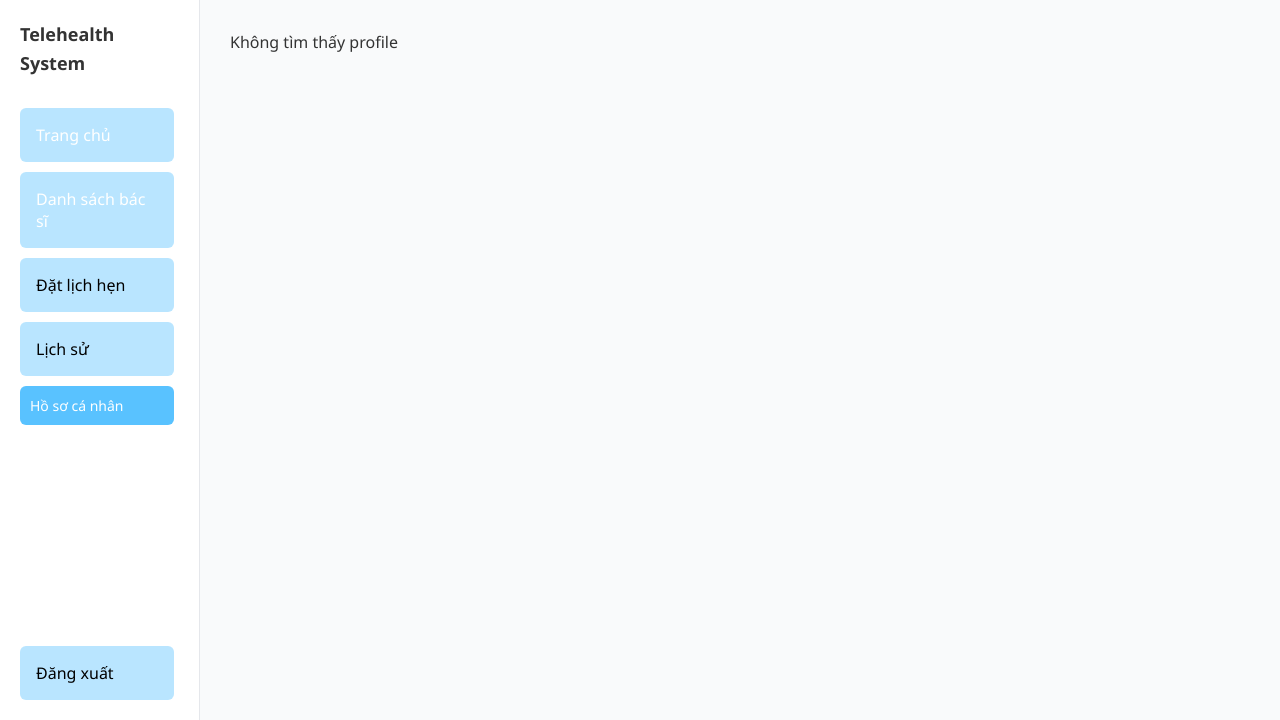
Repository: hhnhan98/telehealth-v2
Page: /patient/profile (app in frontend/client/)
An editor plug-in stored every save of this project. The page is shown before and after a run of saves, followed by the edit.
The browser window is 1280 px wide. The pictures show the whole page.
The page's requests for data from a server got no answer. The project was rebuilt for these pictures with package versions that can differ from the ones it lists, and the page was loaded fresh each time. No one was signed in, and anything a server would have sent is missing. Also part of the build but not shown: frontend/client/src/utils/axiosInstance.js, frontend/client/src/pages/admin/AdminDashboard.jsx, frontend/client/src/pages/auth/AuthPage.css, frontend/client/src/utils/apiHelpers.js, frontend/client/src/services/authService.js, frontend/client/src/pages/auth/LoginPage.jsx, frontend/client/src/pages/auth/RegisterPage.jsx, frontend/client/src/services/userService.js and 18 more. Imported but missing from the stored project, and not drawn on this page: frontend/client/src/components/ui/Button, frontend/client/src/components/ui/Card, frontend/client/src/pages/patient/PatientDashboard.

Above is the page before, as saved 2025-08-22 10:16:29.

### frontend/client/src/index.jsx
// src/index.jsx
import React from 'react';
import ReactDOM from 'react-dom/client';
import { BrowserRouter } from 'react-router-dom';
import App from './App';
// import './styles/global.css';

ReactDOM.createRoot(document.getElementById('root')).render(
  <React.StrictMode>
    <BrowserRouter>
      <App />
    </BrowserRouter>
  </React.StrictMode>
);

### frontend/client/src/App.jsx
import { Routes, Route, Navigate } from 'react-router-dom';
/* Trang Admin: đang phát triển */
import AdminDashboard from './pages/admin/AdminDashboard';

/* Trang đăng nhập, đăng ký */
import LoginPage from './pages/auth/LoginPage';
import RegisterPage from './pages/auth/RegisterPage';

/* Patient */
import PatientLayout from './components/layout/PatientLayout';
import PatientDashboard from './pages/patient/PatientDashboard';
import AppointmentList from './pages/patient/AppointmentList';
import BookAppointment from './pages/patient/BookAppointment';
// import MedicalRecordList from './pages/patient/MedicalRecordList';
import AppointmentDetail from './pages/patient/AppointmentDetail';
import PatientProfile from './pages/patient/PatientProfile';
import DoctorList from './pages/patient/DoctorList';
import AppointmentForm from './pages/patient/AppointmentForm';

/* Doctor */
import DoctorLayout from './components/layout/DoctorLayout';
import DoctorDashboard from './pages/doctor/DoctorDashboard';
import PatientList from './pages/doctor/PatientList';
import DoctorProfile from './pages/doctor/DoctorProfile';
// import CreateMedicalRecord from './pages/doctor/CreateMedicalRecord';

function App() {
  return (
    <Routes>
      {/* Redirect root sang trang đăng nhập */}
      <Route path="/" element={<Navigate to="/login" replace />} />

      {/* Các route không cần layout */}
      <Route path="/login" element={<LoginPage />} />
      <Route path="/register" element={<RegisterPage />} />

      {/* Patient routes có layout riêng */}
      <Route path="/patient" element={<PatientLayout />}>
        <Route index element={<Navigate to="dashboard" replace />} />
        <Route path="dashboard" element={<PatientDashboard />} />
        <Route path="book-appointment" element={<BookAppointment />} />
        <Route path="appointments" element={<AppointmentList />} />
        <Route path="appointments/:id" element={<AppointmentDetail />} />
        <Route path="profile" element={<PatientProfile />} />
        <Route path="doctors" element={<DoctorList />} />
        <Route path="appointment/:doctorId" element={<AppointmentForm />} />
      </Route>

      {/* Doctor routes có layout riêng */}
      <Route path="/doctor" element={<DoctorLayout />}>
        <Route index element={<Navigate to="dashboard" replace />} />
        <Route path="dashboard" element={<DoctorDashboard />} />
        <Route path="patients" element={<PatientList />} />
         {/* <Route path="medical-records" element={<MedicalRecordList />} /> */}
        {/* <Route path="medical-records/create" element={<CreateMedicalRecord />} /> */}
        <Route path="profile" element={<DoctorProfile />} />
      </Route>

      <Route path="/admin" element={<AdminDashboard />} />

      {/* Route fallback cho 404 */}
      <Route path="*" element={<div>404 - Page Not Found</div>} />
    </Routes>
  );
}

export default App;

### frontend/client/src/components/layout/PatientLayout.jsx
import { useNavigate } from 'react-router-dom';
import { Outlet, useLocation } from 'react-router-dom';

function PatientLayout() {
  const navigate = useNavigate();
  const location = useLocation();

  const getActive = (path) => location.pathname.includes(path);

  const handleLogout = () => {
    localStorage.removeItem('token');
    navigate('/login');
  };

  return (
    <div style={styles.wrapper}>
      {/* Sidebar */}
      <aside style={styles.sidebar}>
        <h3 style={styles.title}>Telehealth System</h3>
        <button
          style={getActive('/dashboard') ? styles.activeBtn : styles.btn}
          onClick={() => navigate('/patient/dashboard')}
        >
          Trang chủ
        </button>
        <button
          style={getActive('/patient/doctors') ? styles.activeBtn : styles.btn}
          onClick={() => navigate('/patient/doctors')}
        >
          Danh sách bác sĩ
        </button>
        <button
          style={getActive('/book-appointment') ? styles.activeBtn : styles.btn}
          onClick={() => navigate('/patient/book-appointment')}
        >
          Đặt lịch hẹn
        </button>
        <button
          style={getActive('/appointments') ? styles.activeBtn : styles.btn}
          onClick={() => navigate('/patient/appointments')}
        >
          Lịch sử
        </button>
        <button
          style={getActive('/profile') ? styles.activeBtn : styles.btn}
          onClick={() => navigate('/patient/profile')}
        >
          Hồ sơ cá nhân
        </button>
        <button style={{ ...styles.btn, marginTop: 'auto' }} onClick={handleLogout}>
          Đăng xuất
        </button>
      </aside>

      {/* Main content */}
      <main style={styles.main}>
        <Outlet />
      </main>
    </div>
  );
}

export default PatientLayout;

const styles = {
  wrapper: {
    display: 'flex',
    minHeight: '100vh',
    backgroundColor: '#F9FAFB'
  },
  sidebar: {
    width: '200px',
    padding: '20px',
    backgroundColor: '#fff',
    borderRight: '1px solid #E5E7EB',
    display: 'flex',
    flexDirection: 'column',
    gap: '10px'
  },
  title: {
    fontSize: '18px',
    fontWeight: '600',
    marginBottom: '20px'
  },
  btn: {
    padding: '16px',
    backgroundColor: '#59c2ff6b',
    border: 'none',
    textAlign: 'left',
    fontSize: '16px',
    borderRadius: '6px',
    cursor: 'pointer'
  },
  activeBtn: {
    padding: '10px',
    backgroundColor: '#59c2ffff',
    color: '#fff',
    border: 'none',
    textAlign: 'left',
    fontSize: '14px',
    borderRadius: '6px',
    cursor: 'pointer'
  },
  main: {
    flex: 1,
    padding: '30px'
  }
};

### frontend/client/src/pages/admin/AdminDashboard.css
.admin-dashboard {
  max-width: 1200px;
  margin: 20px auto;
  font-family: 'Segoe UI', Tahoma, Geneva, Verdana, sans-serif;
  color: #333;
}

.admin-dashboard h2 {
  text-align: center;
  margin-bottom: 30px;
  color: #2c3e50;
}

.admin-section {
  margin-bottom: 40px;
}

.admin-section h3 {
  margin-bottom: 10px;
  color: #34495e;
}

.table-actions {
  display: flex;
  justify-content: space-between;
  margin-bottom: 10px;
}

.table-actions input {
  padding: 5px 10px;
  width: 200px;
  border: 1px solid #ccc;
  border-radius: 4px;
}

table {
  width: 100%;
  border-collapse: collapse;
  background: #fff;
  box-shadow: 0 2px 5px rgba(0,0,0,0.05);
}

th, td {
  border: 1px solid #ddd;
  padding: 10px;
  text-align: left;
}

th {
  background-color: #f7f7f7;
}

tr:hover {
  background-color: #f1f1f1;
}

button {
  margin-right: 5px;
  padding: 5px 12px;
  border: none;
  border-radius: 4px;
  cursor: pointer;
  font-size: 0.9rem;
}

button:hover {
  opacity: 0.9;
}

button:nth-child(1) { background-color: #27ae60; color: #fff; } /* Thêm / Cập nhật */
button:nth-child(2) { background-color: #e74c3c; color: #fff; } /* Xóa */
button:nth-child(3) { background-color: #2980b9; color: #fff; } /* Reset PW */
button[type="button"] { background-color: #7f8c8d; color: #fff; } /* Hủy */

.admin-form.card {
  background: #fff;
  padding: 20px;
  border-radius: 8px;
  box-shadow: 0 3px 8px rgba(0,0,0,0.1);
  max-width: 600px;
  margin: 0 auto 40px;
}

.admin-form.card h3 {
  margin-bottom: 15px;
  color: #2c3e50;
  text-align: center;
}

.admin-form.card form div {
  margin-bottom: 12px;
  display: flex;
  flex-direction: column;
}

.admin-form.card label {
  margin-bottom: 5px;
  font-weight: 500;
}

.admin-form.card input,
.admin-form.card select {
  padding: 8px 10px;
  border: 1px solid #ccc;
  border-radius: 4px;
}

.admin-form.card select[multiple] {
  height: 100px;
}

.admin-form.card button {
  margin-top: 10px;
}

@media (max-width: 768px) {
  .table-actions {
    flex-direction: column;
    gap: 10px;
  }

  .table-actions input {
    width: 100%;
  }

  table, th, td {
    font-size: 0.85rem;
  }
}

### frontend/client/src/styles/global.css
:root {
  /* Primary */
  --primary: #59c2ff;
  --primary-light: #a3d4ff;
  --primary-dark: #1a90ff;

  /* Accent */
  --accent: #cce7ff;
  --accent-light: #e6f3ff;
  --accent-dark: #80bfff;

  /* Background & Surface */
  --background: #f5f8fd;
  --surface: #ffffff;
  --text: #333333;
  --text-muted: #6c757d;

  /* Statuses */
  --status-pending-bg: #fff7d6;
  --status-pending-text: #b88c00;

  --status-confirmed-bg: #d6f7e2;
  --status-confirmed-text: #1b5e20;

  --status-cancelled-bg: #ffd6d6;
  --status-cancelled-text: #b71c1c;

  --status-completed-bg: #d6eaff;
  --status-completed-text: #004085;

  /* Buttons */
  --btn-info-bg: #17a2b8;
  --btn-info-bg-hover: #117a8b;

  --btn-danger-bg: #f28b82;
  --btn-danger-bg-hover: #d46a6a;

  /* Toasts */
  --toast-success-bg: #28a745;
  --toast-error-bg: #dc3545;
}

/* ===================== Global Reset & Fonts ===================== */
* {
  box-sizing: border-box;
  margin: 0;
  padding: 0;
}

body {
  background-color: var(--background);
  color: var(--text);
  font-family: 'Segoe UI', Tahoma, Geneva, Verdana, sans-serif;
  line-height: 1.6;
}

a {
  text-decoration: none;
  color: inherit;
  transition: color 0.2s;
}

a:hover {
  color: var(--primary);
}

button {
  font-family: inherit;
  border: none;
  cursor: pointer;
}

/* ===================== Containers ===================== */
.appointment-list-container,
.doctor-profile-page,
.patient-profile-page,
.appointment-form-container {
  max-width: 80rem;
  margin: 1.25rem auto;
  padding: 1.25rem;
  border-radius: 1rem;
  background-color: var(--accent-light);
  box-shadow: 0 4px 20px rgba(0,0,0,0.1);
}

.appointment-list-container h2,
.appointment-form-container .form-title {
  text-align: center;
  margin-bottom: 1.25rem;
  color: var(--text);
}

/* ===================== Tables ===================== */
.appointment-table-wrapper {
  overflow-x: auto;
}

.appointment-table {
  width: 100%;
  border-collapse: collapse;
  border-radius: 0.5rem;
  overflow: hidden;
  background-color: var(--surface);
}

.appointment-table th,
.appointment-table td {
  padding: 0.75rem 0.625rem;
  text-align: left;
  font-size: 0.875rem;
  border-bottom: 1px solid #e0e0e0;
}

.appointment-table th {
  background-color: var(--primary);
  color: #fff;
  font-weight: 600;
}

.appointment-table tr:hover {
  background-color: var(--primary-light);
}

/* ===================== Status Badges ===================== */
.status {
  padding: 0.25rem 0.625rem;
  border-radius: 9999px;
  font-weight: 600;
  font-size: 0.75rem;
  display: inline-block;
}

.status.pending { background-color: var(--status-pending-bg); color: var(--status-pending-text); }
.status.confirmed { background-color: var(--status-confirmed-bg); color: var(--status-confirmed-text); }
.status.cancelled { background-color: var(--status-cancelled-bg); color: var(--status-cancelled-text); }
.status.completed { background-color: var(--status-completed-bg); color: var(--status-completed-text); }

/* ===================== Inputs ===================== */
input, select, textarea {
  width: 100%;
  padding: 0.5rem 0.625rem;
  border-radius: 0.5rem;
  border: 1px solid #ccc;
  font-size: 0.875rem;
  transition: border-color 0.2s;
}

input:focus, select:focus, textarea:focus {
  border-color: var(--primary);
  outline: none;
}

/* OTP Inputs */
.otp-input {
  width: 5rem;
  padding: 0.375rem 0.5rem;
  margin-right: 0.25rem;
  border: 1px solid #ccc;
  border-radius: 0.375rem;
  font-size: 0.875rem;
}

.otp-input:focus { border-color: var(--primary); }

/* ===================== Buttons ===================== */
button.btn-submit {
  background-color: var(--primary);
  color: #fff;
  padding: 0.625rem 1rem;
  border-radius: 0.5rem;
  font-weight: 600;
  transition: all 0.2s ease-in-out;
}

button.btn-submit:hover { background-color: var(--primary-dark); }

button.btn-verify { background-color: var(--primary); color: #fff; }
button.btn-verify:hover { background-color: var(--primary-dark); }

button.btn-resend { background-color: var(--btn-info-bg); color: #fff; }
button.btn-resend:hover:not(.disabled) { background-color: var(--btn-info-bg-hover); }
button.btn-resend.disabled { opacity: 0.6; cursor: not-allowed; }

button.btn-cancel { background-color: var(--btn-danger-bg); color: #fff; }
button.btn-cancel:hover { background-color: var(--btn-danger-bg-hover); }

/* ===================== Toast Notifications ===================== */
.toast {
  position: fixed;
  top: 1rem;
  right: 1rem;
  padding: 0.75rem 1.25rem;
  border-radius: 0.5rem;
  font-weight: 500;
  color: #fff;
  z-index: 50;
  box-shadow: 0 4px 10px rgba(0,0,0,0.2);
}

.toast.success { background-color: var(--toast-success-bg); }
.toast.error { background-color: var(--toast-error-bg); }

.toast .close { margin-left: 0.625rem; cursor: pointer; font-weight: bold; }

/* ===================== Loading Spinner ===================== */
.loading-container {
  display: flex;
  flex-direction: column;
  align-items: center;
  justify-content: center;
  padding: 3.5rem;
  text-align: center;
}

.loading-spinner {
  width: 2.5rem;
  height: 2.5rem;
  border: 4px solid #f3f3f3;
  border-top: 4px solid var(--primary);
  border-radius: 50%;
  animation: spin 1s linear infinite;
  margin-bottom: 1rem;
}

@keyframes spin {
  0% { transform: rotate(0deg); }
  100% { transform: rotate(360deg); }
}

/* ===================== Page Header ===================== */
.page-header {
  text-align: center;
  margin-bottom: 2rem;
  padding: 1.25rem 0;
}

.page-header h1 {
  font-size: 2rem;
  font-weight: 700;
  color: var(--text);
  margin-bottom: 0.5rem;
}

.page-header p {
  font-size: 1rem;
  color: var(--text-muted);
  margin: 0;
}

Loaded but not shown: frontend/client/src/pages/patient/PatientProfile.jsx (196 lines, source omitted)

After the next 3 saves:
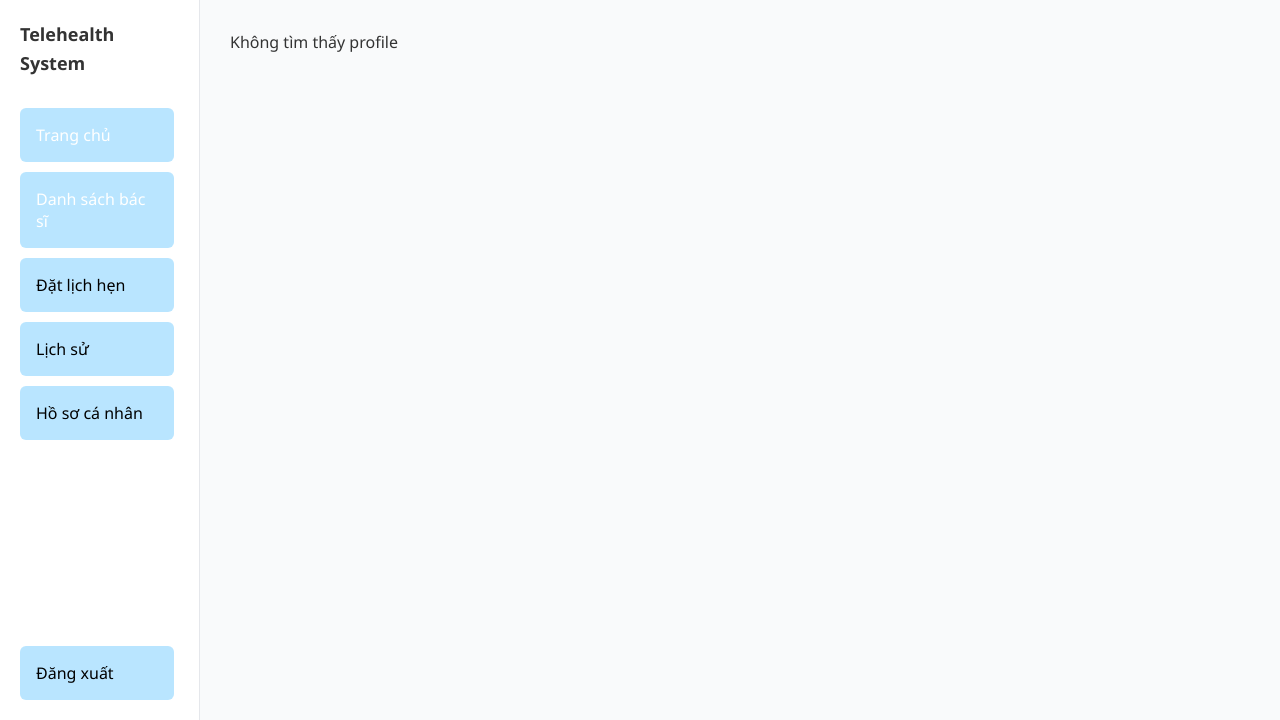
The 3 saves are shown as one change because they came seconds apart.
The last was saved 10 s later.
--- a/frontend/client/src/components/layout/PatientLayout.jsx
+++ b/frontend/client/src/components/layout/PatientLayout.jsx
@@ -42,8 +42,8 @@
           Lịch sử
         </button>
         <button
-          style={getActive('/profile') ? styles.activeBtn : styles.btn}
-          onClick={() => navigate('/patient/profile')}
+          style={getActive('/me') ? styles.activeBtn : styles.btn}
+          onClick={() => navigate('/patient/me')}
         >
           Hồ sơ cá nhân
         </button>

After the 3 saves that followed:
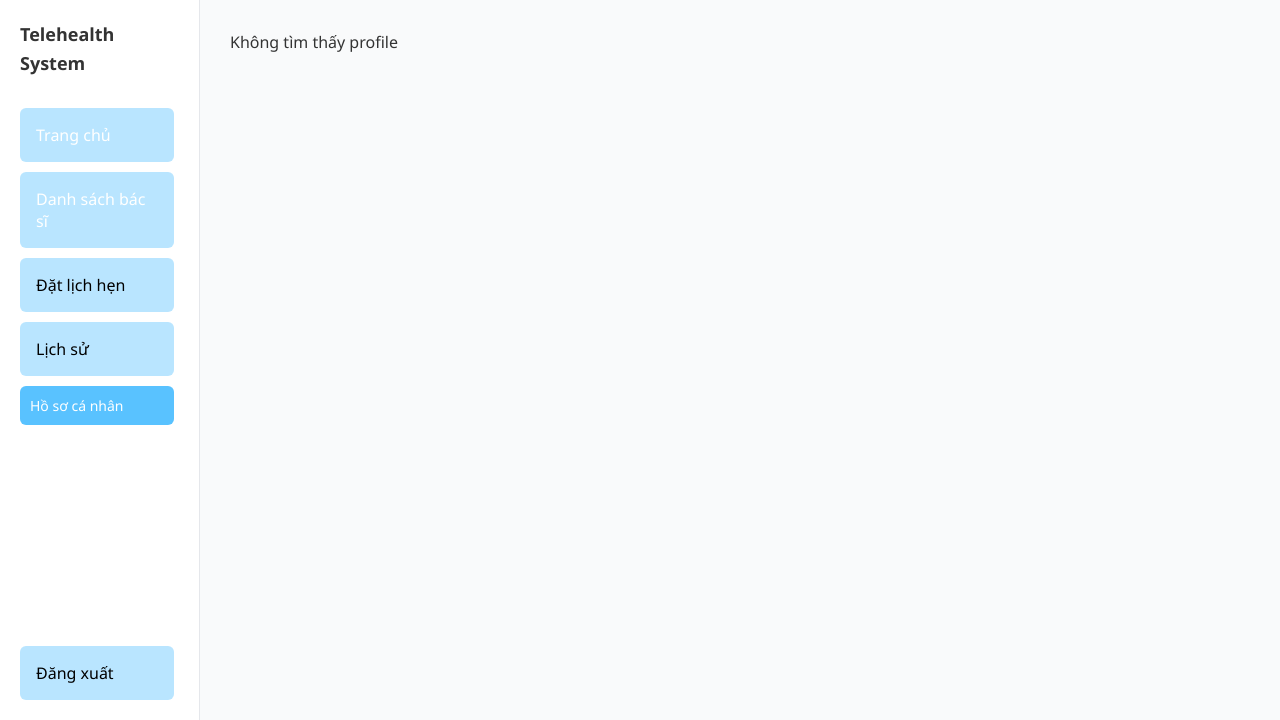
The 3 saves are shown as one change because 2 left the picture as it was.
The last was saved 4 min 31 s later.
--- a/frontend/client/src/components/layout/PatientLayout.jsx
+++ b/frontend/client/src/components/layout/PatientLayout.jsx
@@ -42,7 +42,7 @@
           Lịch sử
         </button>
         <button
-          style={getActive('/me') ? styles.activeBtn : styles.btn}
+          style={getActive('/profile') ? styles.activeBtn : styles.btn}
           onClick={() => navigate('/patient/me')}
         >
           Hồ sơ cá nhân
